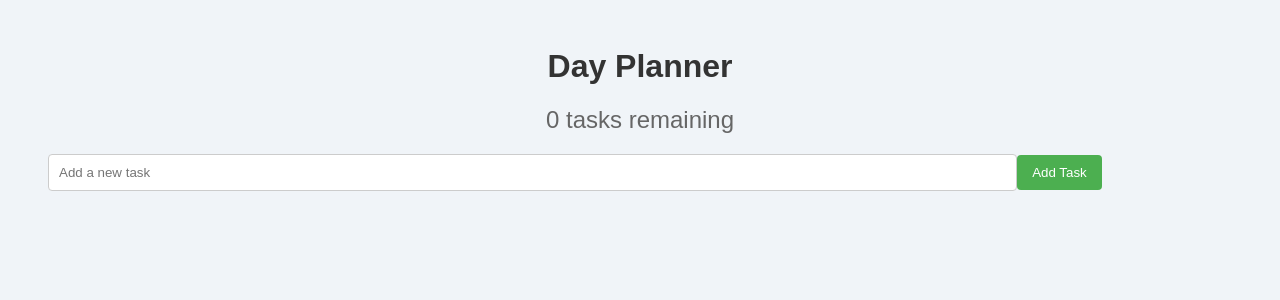
Repository: madelinestruthers/shema-lab04
Page: /
An editor plug-in stored every save of this project. The page is shown before and after the next save, followed by the edit.
The browser window is 1280 px wide. The pictures show the whole page.
The project was rebuilt for these pictures with package versions that can differ from the ones it lists, and the page was loaded fresh each time. Also part of the build but not shown: src/components/Task.jsx.

Above is the page before, as saved 2024-10-20 19:53:41.

After the next save:
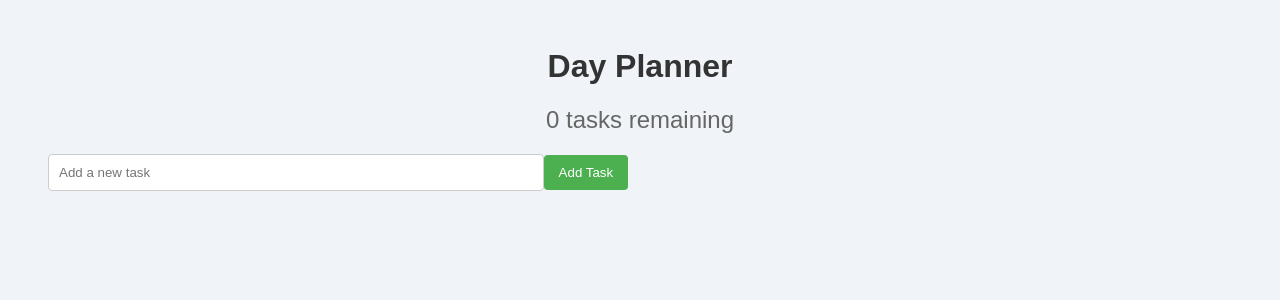
Saved 16 s later.
--- a/src/index.css
+++ b/src/index.css
@@ -61,7 +61,7 @@ h2 {
 }
 
 input[type="text"] {
-  width: 80%;
+  width: 40%;
   padding: 10px;
   border: 1px solid #ccc;
   border-radius: 4px;
